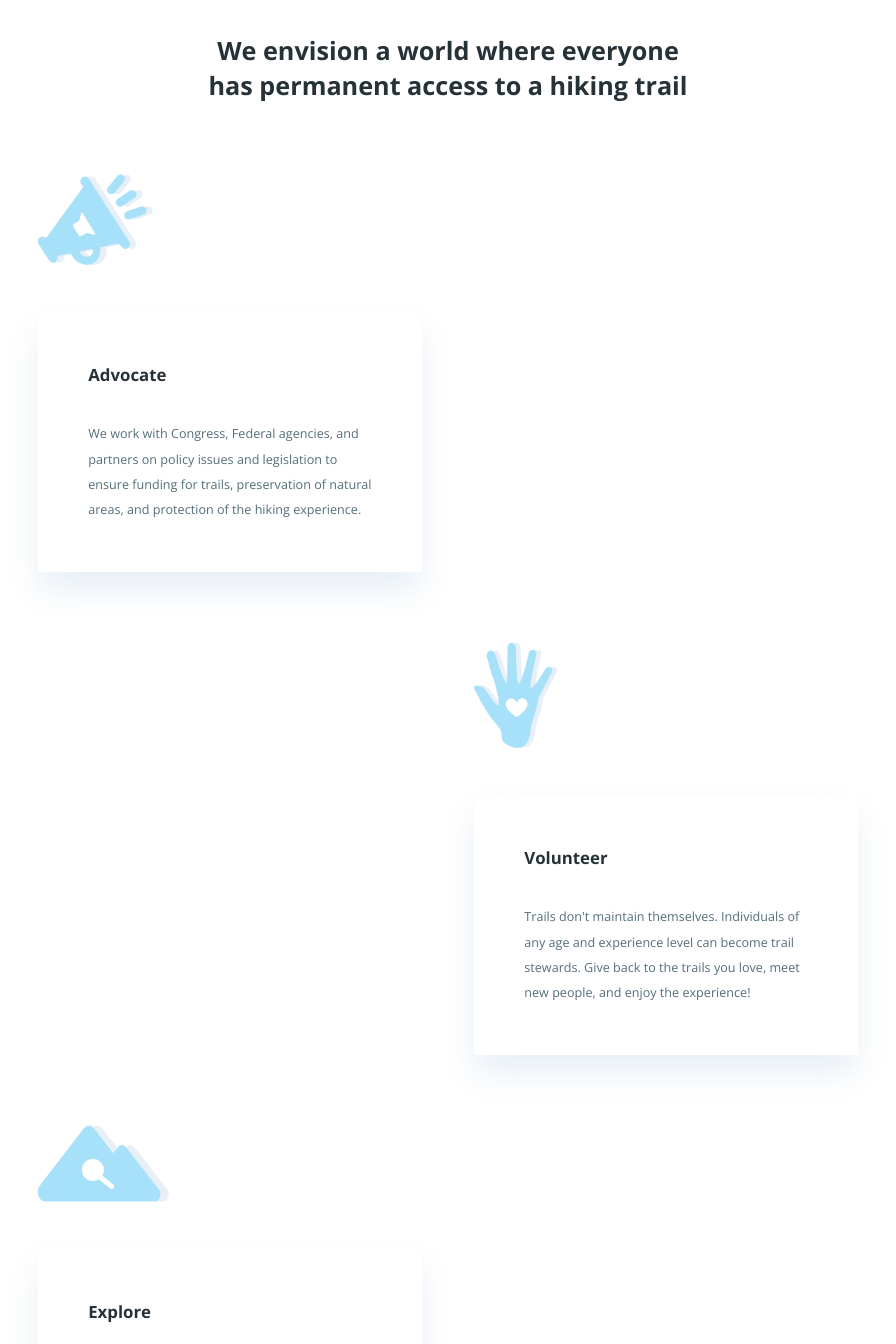
Repository: huubinh98/Project
Page: muncak/index.html
An editor plug-in stored every save of this project. The page is shown before and after the next save, followed by the edit.
The browser window is 1280 px wide. The pictures show the part of the page from y = 1135 to 3055 px (the page is 5127 px tall before and 5115 px after), at 70% of full size.

Above is the page before, as saved 2021-08-28 18:47:14.

After the next save:
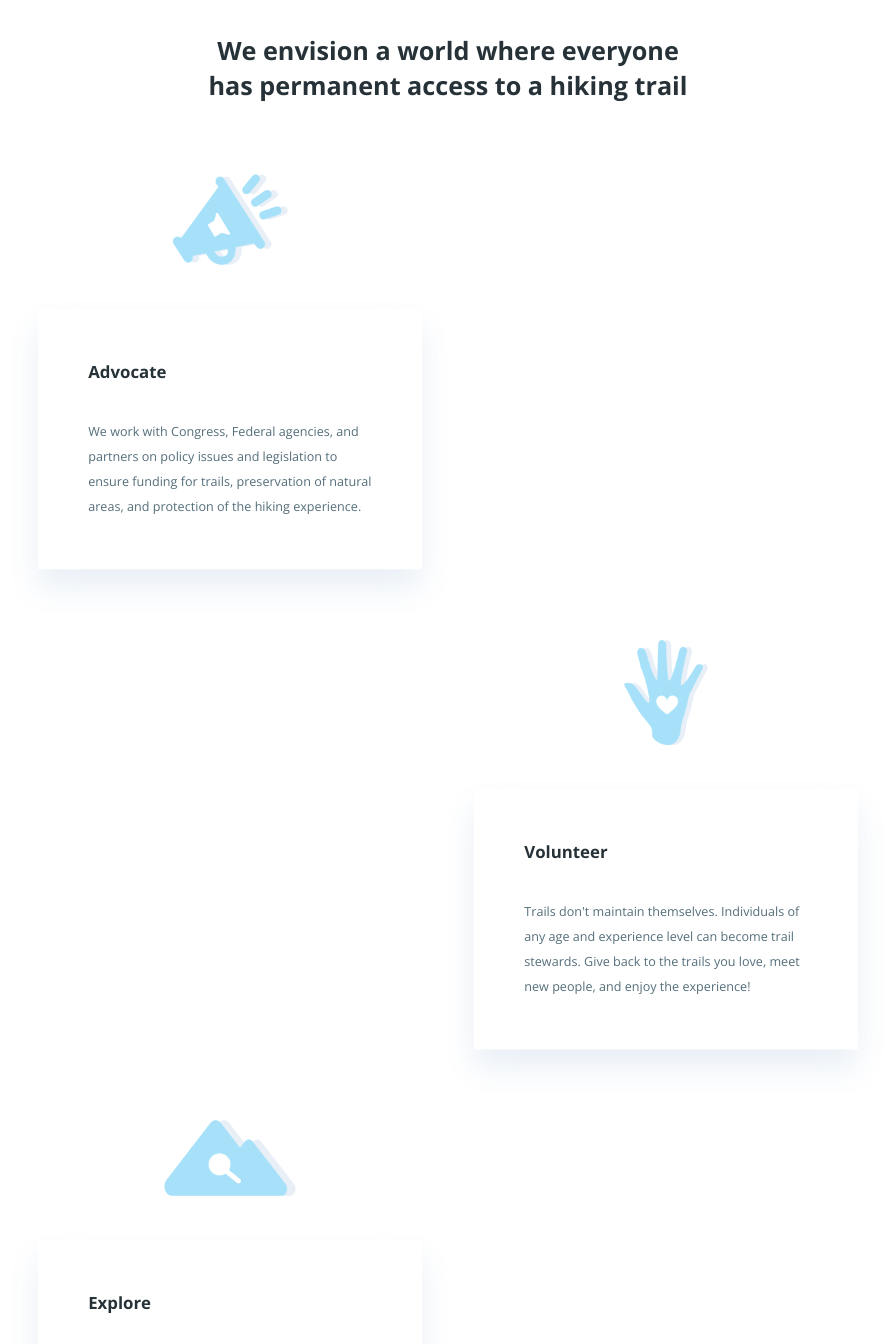
Saved 100 s later.
--- a/muncak/style.css
+++ b/muncak/style.css
@@ -146,6 +146,8 @@ a {
 }
 
 .about-img {
+    display: block;
+    margin: 0 auto;
     margin-bottom: 63px;
 }
 
